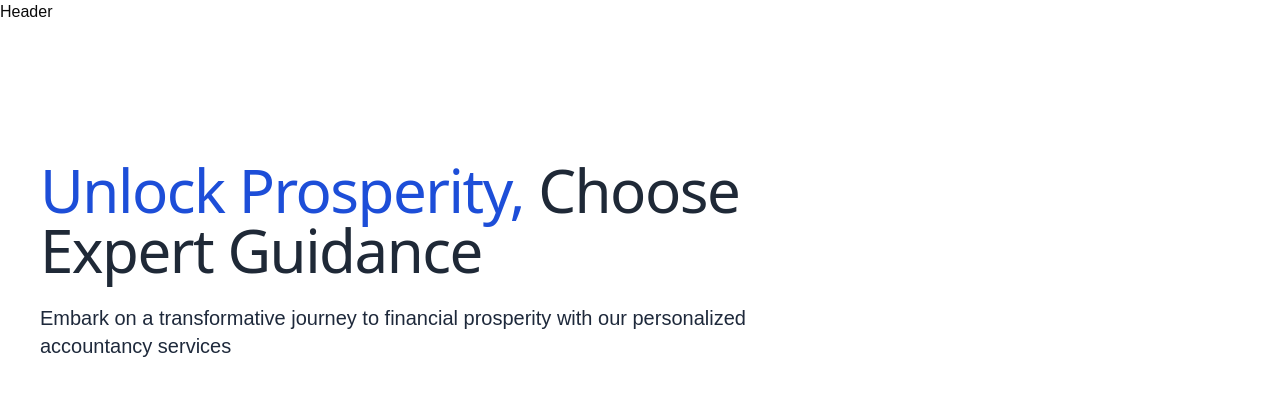
Repository: vespersolutionspk18/integrast-website
Page: /
These files come from the project's save history. The page is drawn as it stood at one moment and after the next save; the edit follows.
The browser window is 1280 px wide. The pictures show the whole page.
The project was rebuilt for these pictures with package versions that can differ from the ones it lists, and the page was loaded fresh each time. The framework's server and built-in components were replaced by stand-ins that run in the browser. Also part of the build but not shown: next.config.ts.

Above is the page before, as saved 2024-12-09 14:45:55.

### app/page.tsx
import Image from "next/image";
import Header from "./Header";
import Hero from "./Hero";

export default function Home() {
  return (
    <div>
      <Header />
      <Hero />
    </div>
  );
}

### app/Hero.tsx
import React from 'react'

const Hero = () => {
  return (
    <div className="flex flex-col p-10 ">
        <div className="flex flex-row mt-24 h-[280px] ">
            <div className="w-[60%] flex flex-col">
                <h1 className="font-light font-sans text-6xl text-blue-700 tracking-tight">Unlock Prosperity, <span className="text-gray-800">Choose Expert Guidance</span></h1>
                <h4 className="text-xl text-slate-800 mt-6">Embark on a transformative journey to financial prosperity with our personalized accountancy services</h4>
            </div>
        </div>
    </div>
  )
}

export default Hero

Loaded but not shown: app/layout.tsx (common file); app/globals.css (common file); app/Header.tsx (common file); tailwind.config.ts (common file)

After the next save:
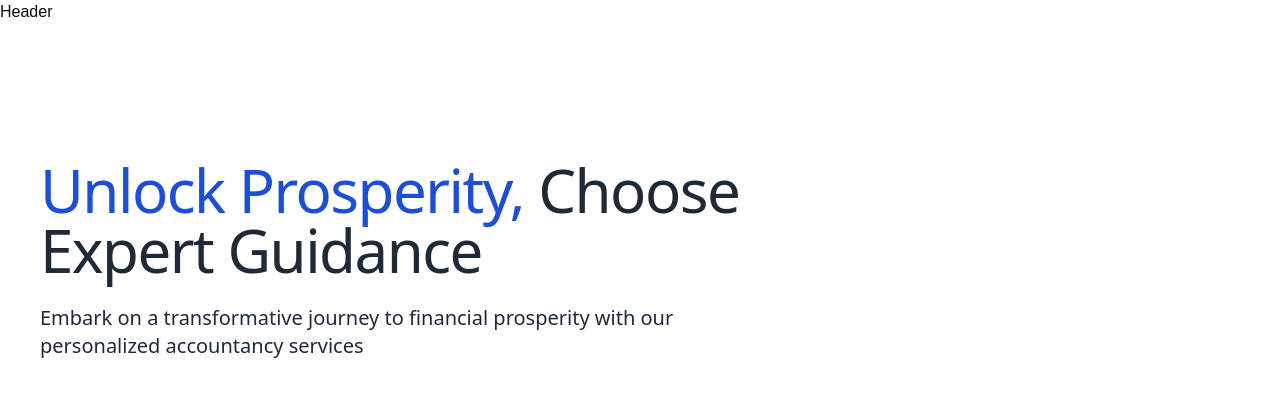
Saved 5 s later.
--- a/app/Hero.tsx
+++ b/app/Hero.tsx
@@ -6,7 +6,7 @@ const Hero = () => {
         <div className="flex flex-row mt-24 h-[280px] ">
             <div className="w-[60%] flex flex-col">
                 <h1 className="font-light font-sans text-6xl text-blue-700 tracking-tight">Unlock Prosperity, <span className="text-gray-800">Choose Expert Guidance</span></h1>
-                <h4 className="text-xl text-slate-800 mt-6">Embark on a transformative journey to financial prosperity with our personalized accountancy services</h4>
+                <h4 className="text-xl font-sans text-slate-800 mt-6">Embark on a transformative journey to financial prosperity with our personalized accountancy services</h4>
             </div>
         </div>
     </div>
